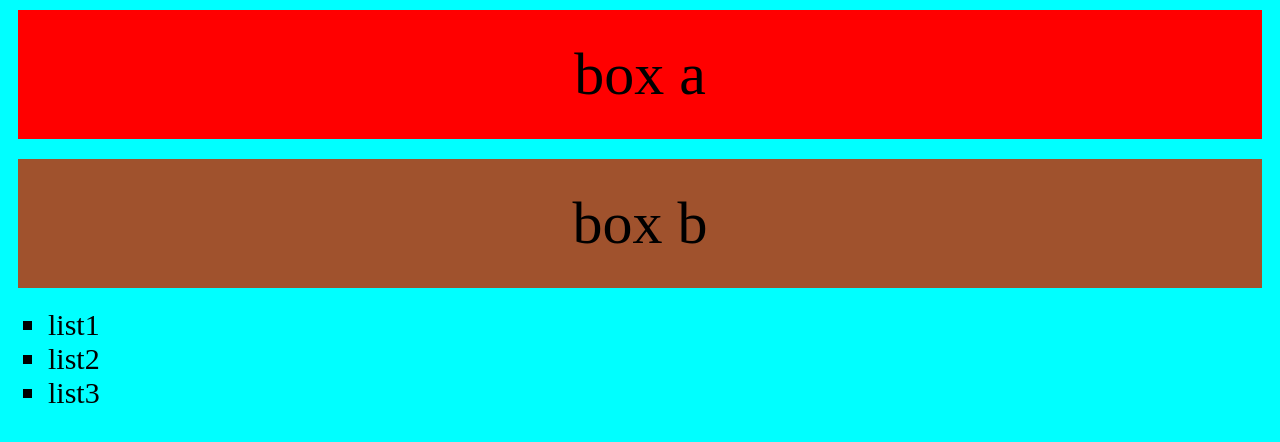
Repository: asifdotpy/testing-html-and-css
Page: index.html
These files come from the project's save history. The page is drawn as it stood at one moment and after a run of saves; the edit follows.
The browser window is 1280 px wide. The pictures show the whole page.

Above is the page before, as saved 2021-02-14 13:48:21.

### index.html
<!DOCTYPE html>
<html lang="en">
<head>
  <title>Bootstrap Example</title>
  <meta charset="utf-8">
  <meta name="viewport" content="width=device-width, initial-scale=1">
  <link rel="stylesheet" href="main.css">
</head>
<body>
      <div class="a">box a</div>
      <div class="b">box b</div>
      <div class="list">
        <ul>
          <li class="1">list1</li>
          <li class="2">list2</li>
          <li class="3">list3</li>
        </ul>
      </div>
</body>
</html>

### main.css
* {
    background-color: aqua;
}

div.a {
    font-size: 60px;
    margin: 10px 10px 20px;
    background-color: red;
    text-align: center;
    padding: 30px;
}

div.b {
    font-size: 60px;
    margin: 10px 10px 20px;
    background-color: sienna;
    text-align: center;
    padding: 30px;
}


ul {
    list-style-type: square;
    list
}

ul li {
    font-size: 30px;
}

After the next 5 saves:
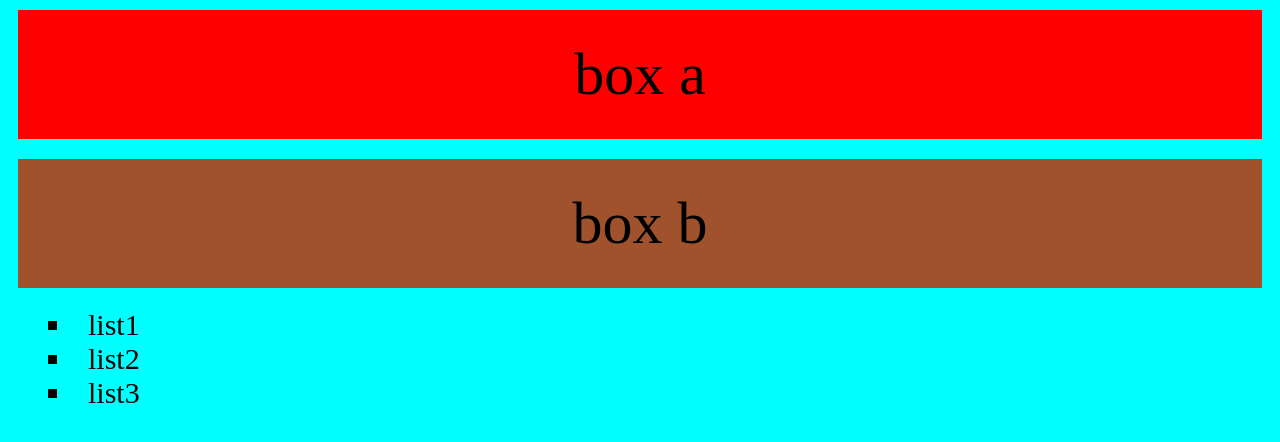
The 5 saves are shown as one change because they came seconds apart.
The last was saved 13 s later.
--- a/main.css
+++ b/main.css
@@ -21,7 +21,7 @@
 
 ul {
     list-style-type: square;
-    list
+    list-style-position: inside;
 }
 
 ul li {

After the save that followed:
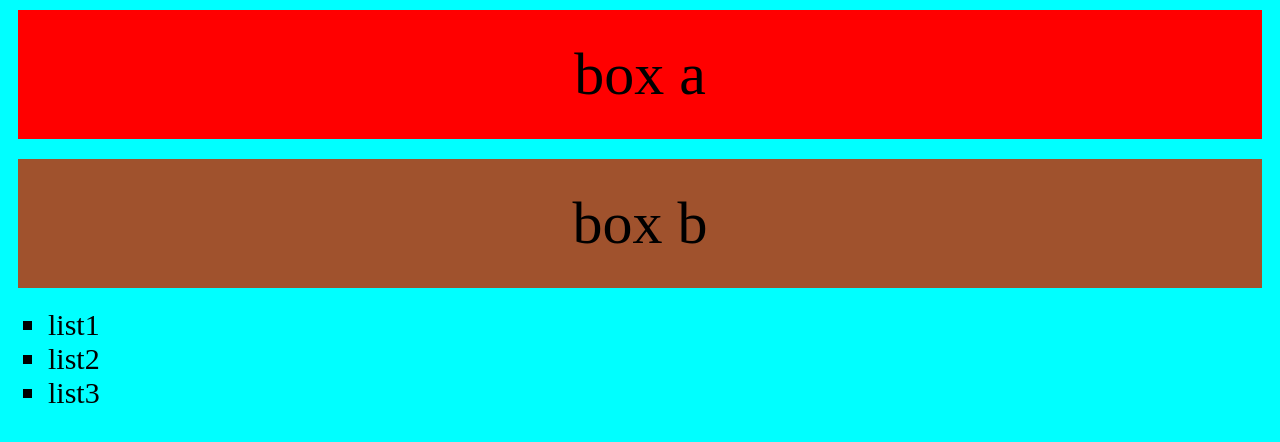
Saved 21 s later.
--- a/main.css
+++ b/main.css
@@ -21,7 +21,7 @@
 
 ul {
     list-style-type: square;
-    list-style-position: inside;
+    list-style-position: outside;
 }
 
 ul li {
